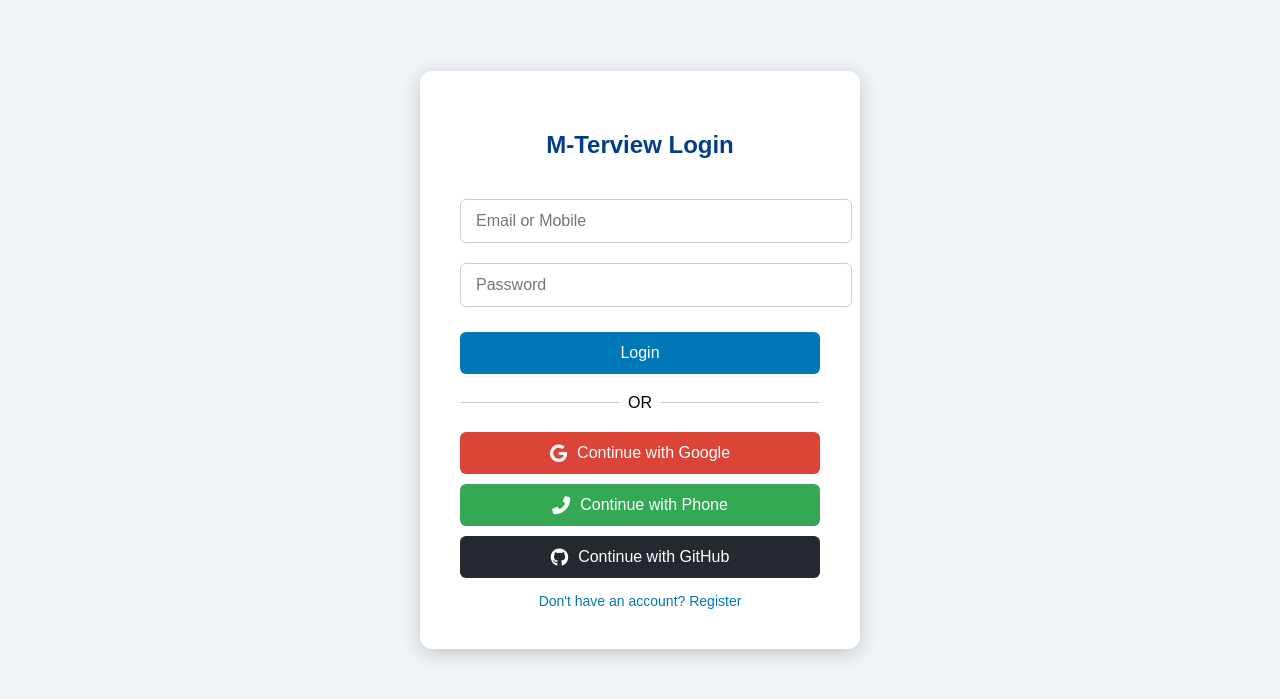
Repository: Mathin04/Online-Interview-Platform-
Page: urls/login.html
The author's editor kept a copy of each file at every save. The page is drawn from the files as they stood at one save, then again after the next save.
The browser window is 1280 px wide. The pictures show the whole page.

Above is the page before, as saved 2025-10-08 14:14:54.

After the next save:
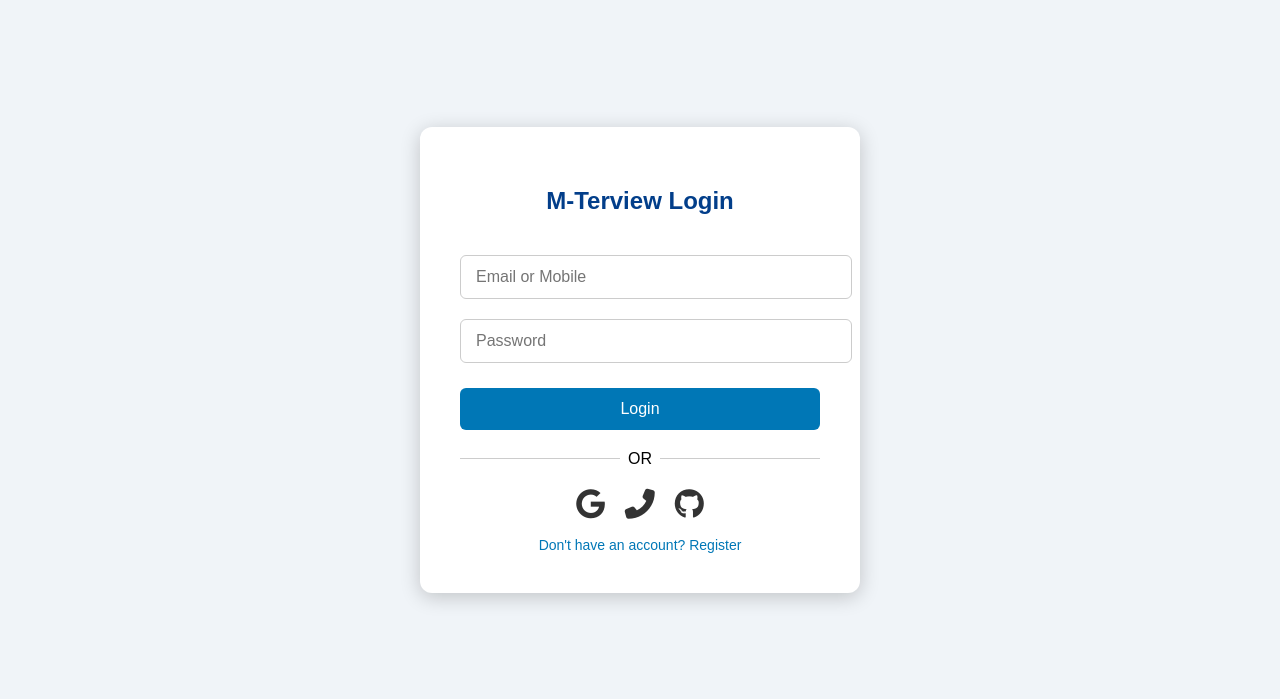
Saved 65 s later.
--- a/urls/login.html
+++ b/urls/login.html
@@ -7,13 +7,12 @@
   <style>
     body {
       font-family: Arial, sans-serif;
-      margin: 0;
-      padding: 0;
       background: #f0f4f8;
       display: flex;
       justify-content: center;
       align-items: center;
       height: 100vh;
+      margin: 0;
     }
 
     .login-container {
@@ -49,11 +48,6 @@
       border-radius: 6px;
       font-size: 16px;
       cursor: pointer;
-      transition: 0.3s;
-    }
-
-    .login-btn:hover {
-      background: #023e8a;
     }
 
     .divider {
@@ -77,50 +71,22 @@
       margin-left: .5em;
     }
 
-    .social-btn {
-      width: 100%;
-      padding: 12px;
-      border: none;
-      border-radius: 6px;
-      font-size: 16px;
-      cursor: pointer;
-      margin-bottom: 10px;
+    .social-login {
       display: flex;
-      align-items: center;
       justify-content: center;
+      gap: 20px;
+      font-size: 30px;
+      margin-top: 20px;
+    }
+
+    .social-login a {
+      text-decoration: none;
+      color: #333;
       transition: 0.3s;
     }
 
-    .social-btn i {
-      margin-right: 10px;
-      font-size: 18px;
-    }
-
-    .google {
-      background: #db4437;
-      color: white;
-    }
-
-    .google:hover {
-      background: #c1351d;
-    }
-
-    .phone {
-      background: #34a853;
-      color: white;
-    }
-
-    .phone:hover {
-      background: #0f7c3d;
-    }
-
-    .github {
-      background: #24292f;
-      color: white;
-    }
-
-    .github:hover {
-      background: #0d1117;
+    .social-login a:hover {
+      color: #0077b6;
     }
 
     .error {
@@ -129,7 +95,7 @@
       margin-top: 10px;
     }
 
-    .login-container a {
+    .login-container a.register-link {
       display: block;
       margin-top: 15px;
       color: #0077b6;
@@ -137,7 +103,7 @@
       font-size: 14px;
     }
 
-    .login-container a:hover {
+    .login-container a.register-link:hover {
       text-decoration: underline;
     }
   </style>
@@ -155,17 +121,13 @@
 
   <div class="divider">OR</div>
 
-  <button class="social-btn google" onclick="loginWithGoogle()">
-    <i class="fab fa-google"></i> Continue with Google
-  </button>
-  <button class="social-btn phone" onclick="loginWithPhone()">
-    <i class="fas fa-phone-alt"></i> Continue with Phone
-  </button>
-  <button class="social-btn github" onclick="loginWithGitHub()">
-    <i class="fab fa-github"></i> Continue with GitHub
-  </button>
+  <div class="social-login">
+    <a href="https://accounts.google.com/" target="_blank" title="Continue with Google"><i class="fab fa-google"></i></a>
+    <a href="#" title="Continue with Phone"><i class="fas fa-phone-alt"></i></a>
+    <a href="https://github.com/login" target="_blank" title="Continue with GitHub"><i class="fab fa-github"></i></a>
+  </div>
 
-  <a href="register.html">Don't have an account? Register</a>
+  <a href="register.html" class="register-link">Don't have an account? Register</a>
 </div>
 
 <script>
@@ -189,18 +151,6 @@
       errorMsg.textContent = "Invalid Email/Mobile or Password!";
     }
   }
-
-  function loginWithGoogle() {
-    alert("Google login clicked! Integrate OAuth here.");
-  }
-
-  function loginWithPhone() {
-    alert("Phone login clicked! Integrate OTP verification here.");
-  }
-
-  function loginWithGitHub() {
-    alert("GitHub login clicked! Integrate OAuth here.");
-  }
 </script>
 
 </body>
